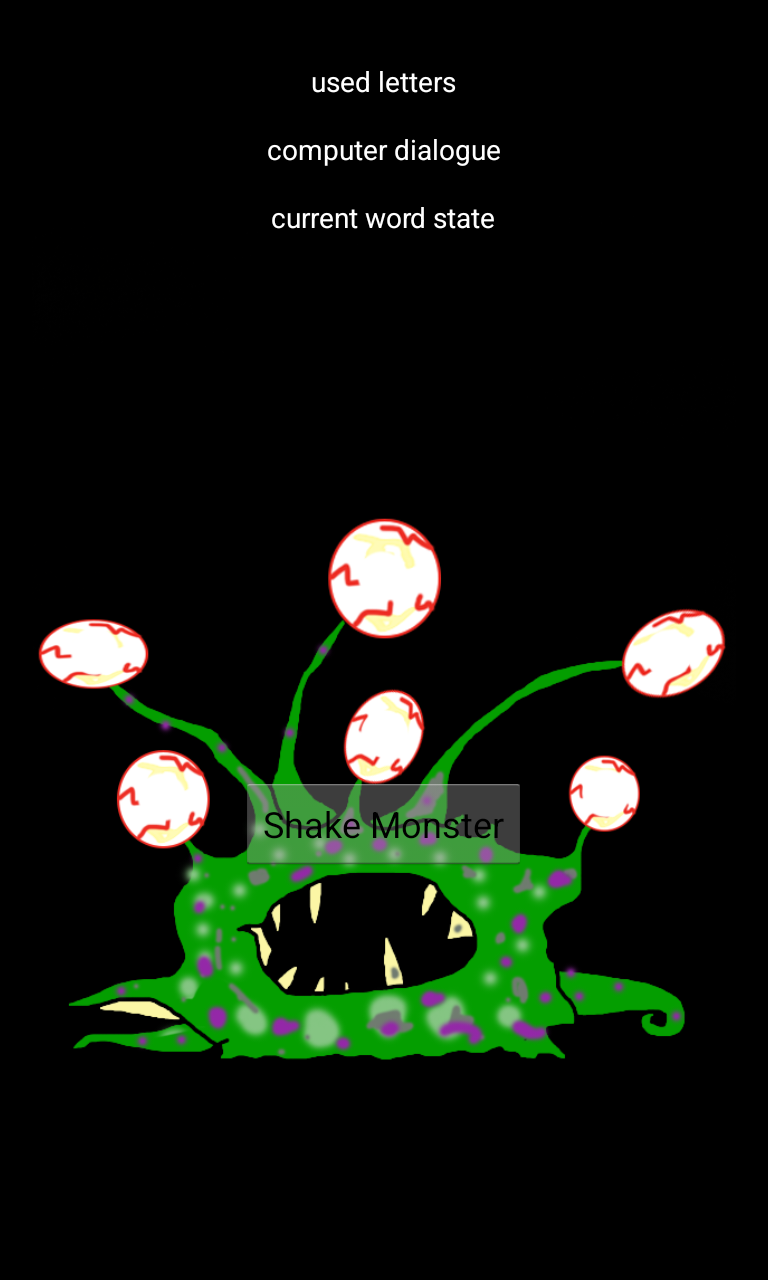
Repository: svandenhout/EvilSpaceMonsterHangman
Layout: evilSpaceMonsterHangman/res/layout/activity_main.xml
These files come from the project's save history. The layout is drawn as it stood at one moment and after the next save; the edit follows.
It is drawn on a 768 x 1280 px phone screen (xhdpi) without system bars, with theme AppTheme; the app's code is not run.

Above is the layout before, as saved 2014-02-14 14:23:27.

After the next save:
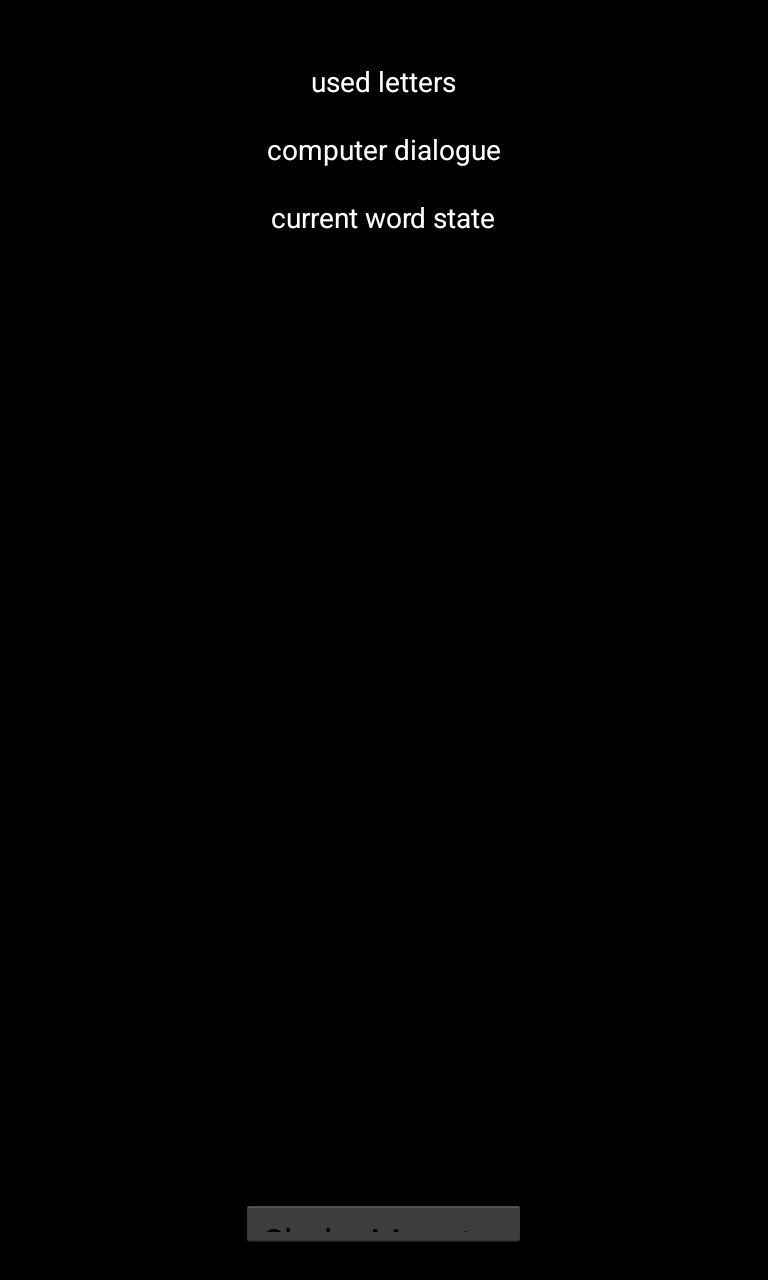
Saved 9 s later.
--- a/evilSpaceMonsterHangman/res/layout/activity_main.xml
+++ b/evilSpaceMonsterHangman/res/layout/activity_main.xml
@@ -13,7 +13,6 @@
         android:id="@+id/space_monster"
         android:layout_width="wrap_content"
         android:layout_height="wrap_content"
-        android:src="@drawable/spacemonster"
         android:layout_centerVertical="true"
         android:layout_centerHorizontal="true"
         android:contentDescription="@string/description_space_monster"

After the 3 saves that followed:
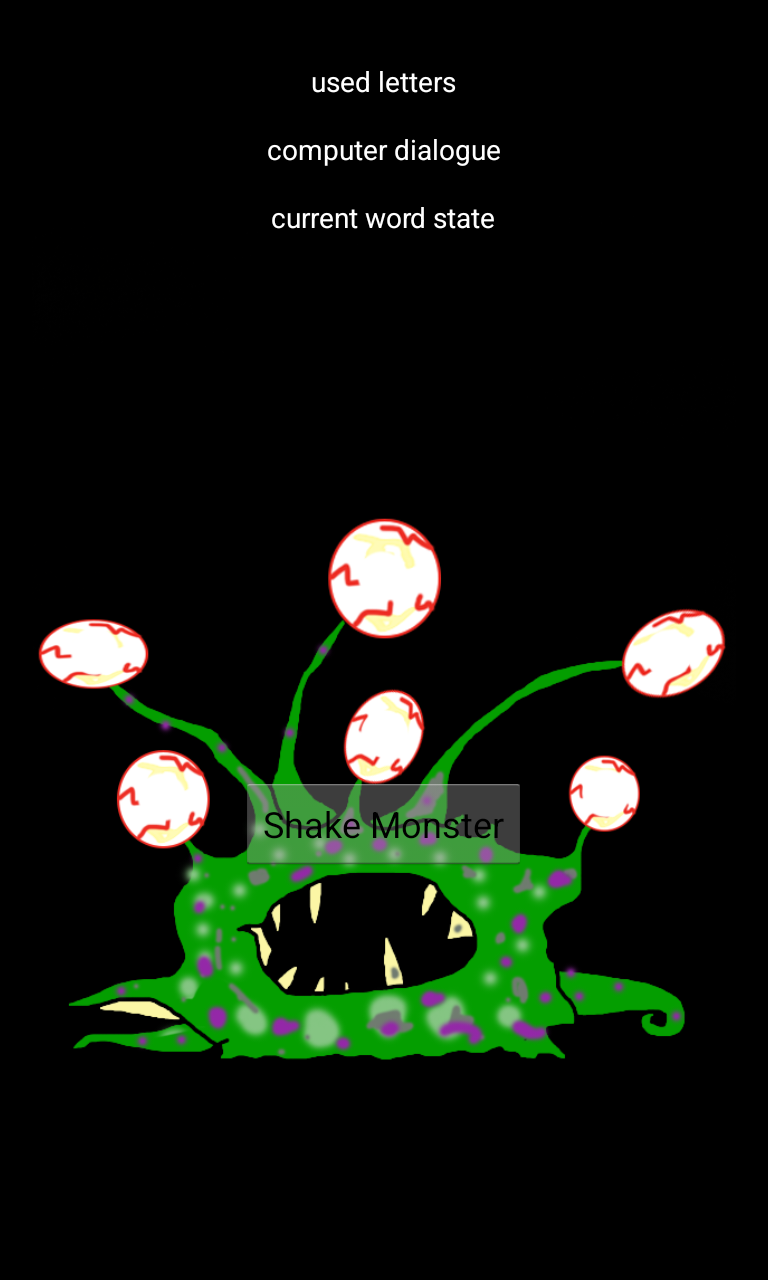
The 3 saves are shown as one change because 2 left the picture as it was.
The last was saved 14 min 27 s later.
--- a/evilSpaceMonsterHangman/res/layout/activity_main.xml
+++ b/evilSpaceMonsterHangman/res/layout/activity_main.xml
@@ -15,6 +15,7 @@
         android:layout_height="wrap_content"
         android:layout_centerVertical="true"
         android:layout_centerHorizontal="true"
+        android:src="@drawable/spacemonster"
         android:contentDescription="@string/description_space_monster"
         android:adjustViewBounds="true"/>
 
